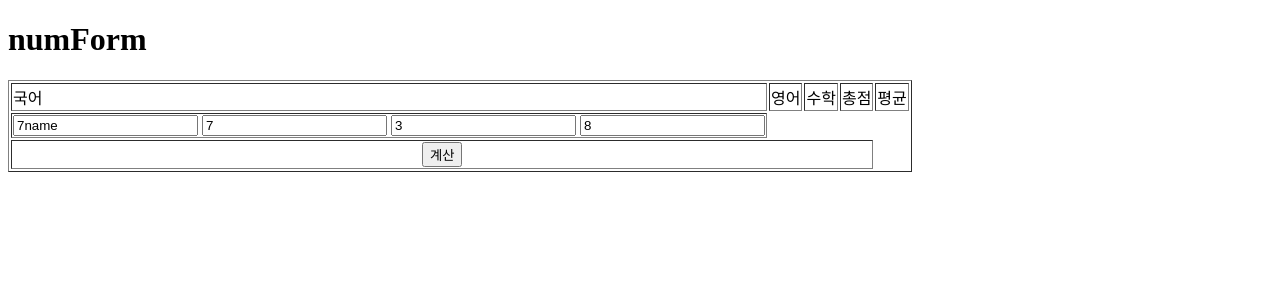
Repository: Jhoon0211/java_work
Page: http://localhost/jspProj/request/numForm2.jsp
An editor plug-in stored every save of this project. The page is shown before and after the next save, followed by the edit.
The browser window is 1280 px wide. The pictures show the whole page.
The page is served by Tomcat 9.

Above is the page before, as saved 2023-07-27 09:17:47.

After the next save:
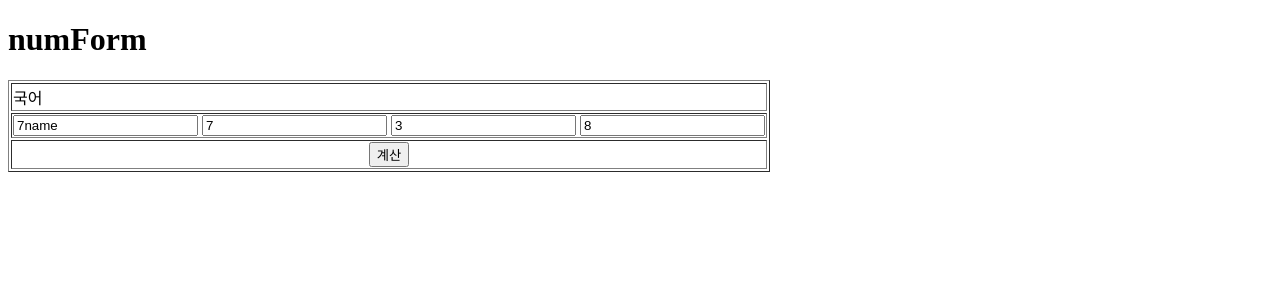
Saved 68 s later.
--- a/jspProj/src/main/webapp/request/numForm2.jsp
+++ b/jspProj/src/main/webapp/request/numForm2.jsp
@@ -39,10 +39,6 @@
 		<table border="">
 			<tr>
 				<td>국어</td>
-				<td>영어</td>
-				<td>수학</td>
-				<td>총점</td>
-				<td>평균</td>
 			</tr>
 			<tr>
 				<td>
